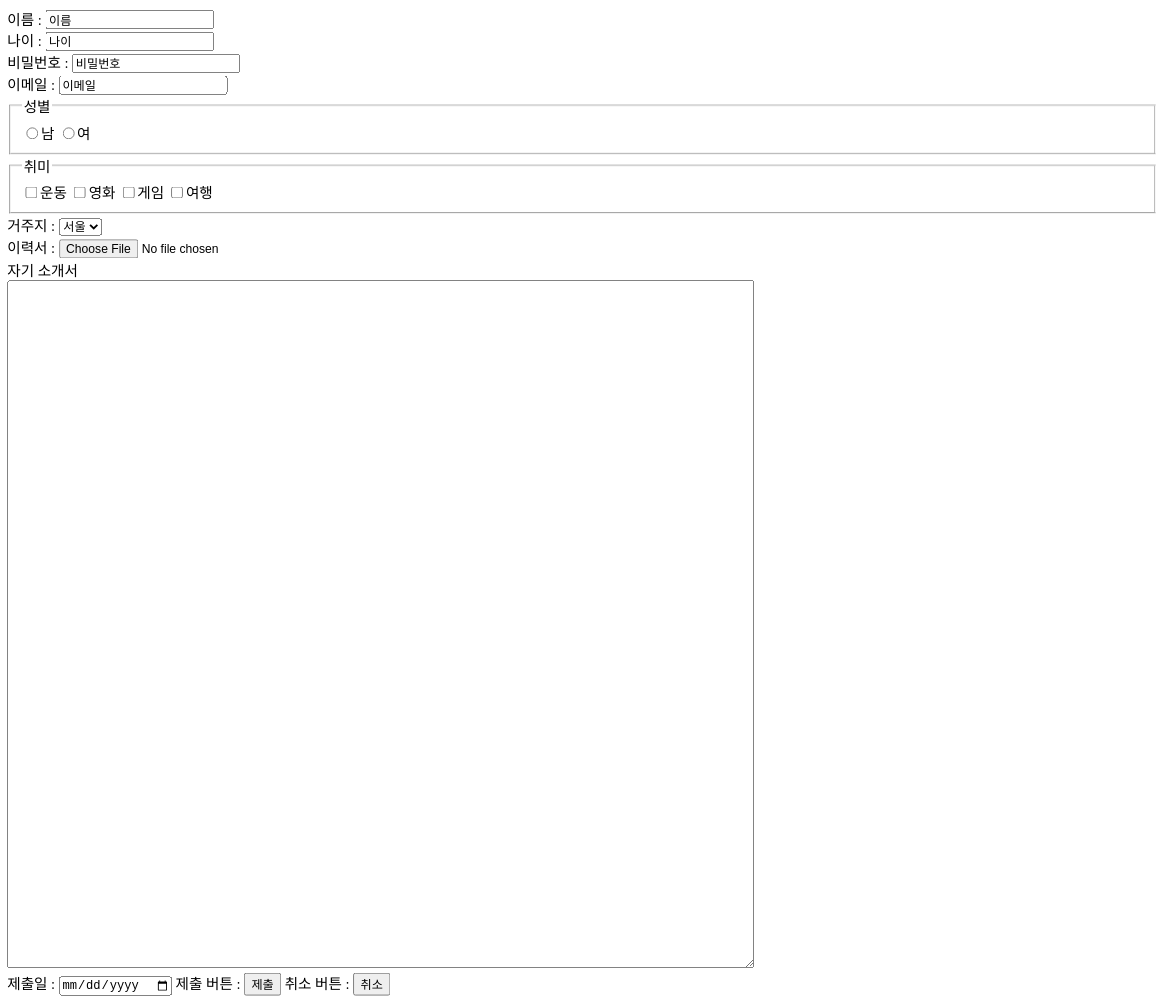
Repository: Dalso13/workspace
Page: workspace_exam/Test_1/WebContent/01_html/08_test.html
These files come from the project's save history. The page is drawn as it stood at one moment and after the next save; the edit follows.
The browser window is 1280 px wide. The pictures show the whole page, at 91% of full size.

Above is the page before, as saved 2023-03-14 04:24:50.

### workspace_exam/Test_1/WebContent/01_html/08_test.html
<!DOCTYPE html>
<html>
<head>
<meta charset="UTF-8">
<title>Insert title here</title>
</head>
<body>
	<form action="#" method="get">
		이름 : <input type="text" value="이름"><br>
		나이 : <input type="text" value="나이"><br>
		비밀번호 : <input type="text" value="비밀번호"><br>
		이메일 : <input type="text" value="이메일"><br>

		<fieldset>
			<legend>성별</legend>
			<input type="radio" name="gender" value="남">남
			<input type="radio" name="gender" value="여">여
		</fieldset>

		<fieldset>
			<legend>취미</legend>
			<input type="checkbox" name="habbies" value="운동">운동
			<input type="checkbox" name="habbies" value="영화">영화
			<input type="checkbox" name="habbies" value="게임">게임
			<input type="checkbox" name="habbies" value="여행">여행
		</fieldset>

		거주지 : <select name="addr1">
				<option value="서울">서울
				<option value="경기">경기
				<option value="강원">강원
				<option value="제주">제주
				</select>

		<br>

		이력서 : <input type="file"><br>
		자기 소개서<br>
		<textarea rows="50" cols="100"></textarea>

		<br>

		제출일 : <input type="date">

		제출 버튼 : <input type="submit" value="제출">
		취소 버튼 : <input type="reset" value="취소">
</body>
</html>

After the next save:
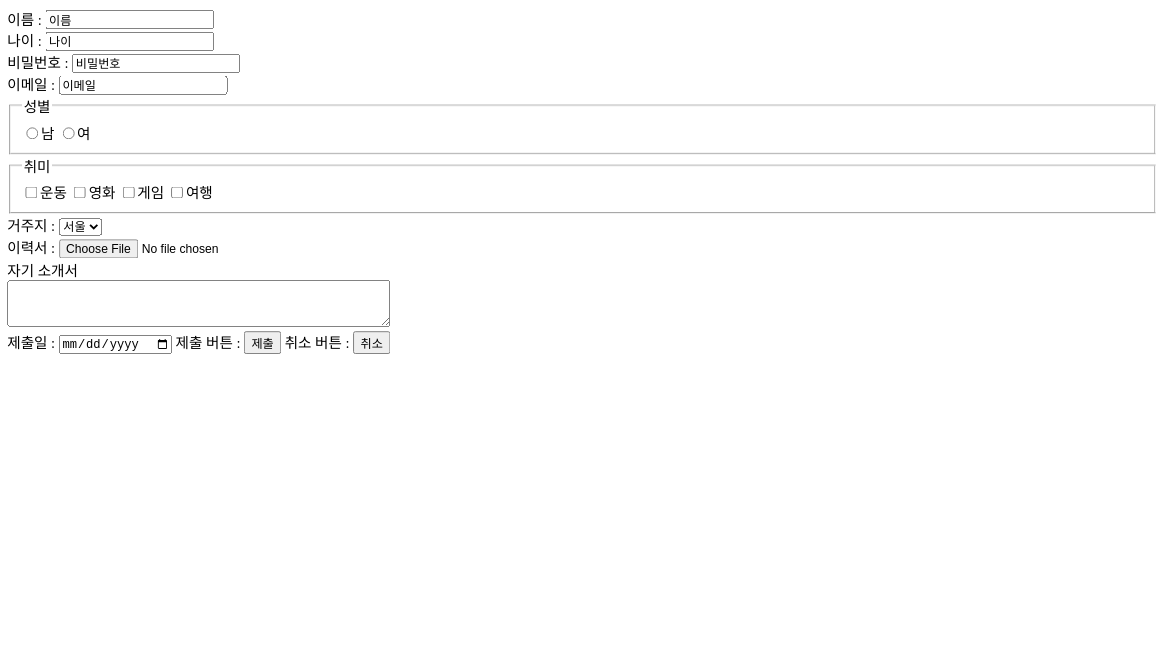
Saved 61 s later.
--- a/workspace_exam/Test_1/WebContent/01_html/08_test.html
+++ b/workspace_exam/Test_1/WebContent/01_html/08_test.html
@@ -36,7 +36,7 @@
 
 		이력서 : <input type="file"><br>
 		자기 소개서<br>
-		<textarea rows="50" cols="100"></textarea>
+		<textarea rows="3" cols="50"></textarea>
 
 		<br>
 
